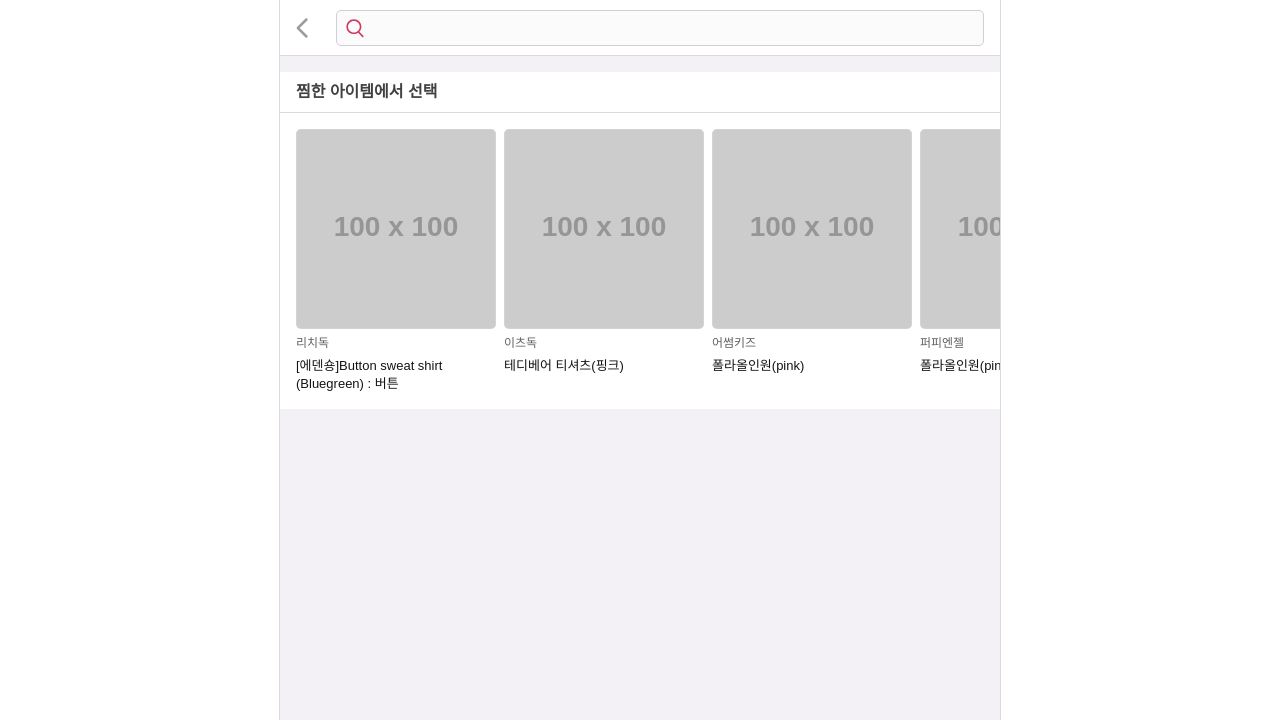
Repository: gosun1018/denguru
Page: search_review_item.html
The author's editor kept a copy of each file at every save. The page is drawn from the files as they stood at one save, then again after a run of saves.
The browser window is 1280 px wide. The pictures show the whole page.
Some web fonts or font styles are not loaded; a fallback is used. The style sheet was rebuilt from its Sass, Less or Tailwind sources for each picture, by a compiler version that may differ from the author's.

Above is the page before, as saved 2020-04-06 11:20:17.

### search_review_item.html
<!DOCTYPE html>
<html lang="ko">
<head>
    <meta charset="UTF-8">
    <meta name="viewport" content="width=device-width, initial-scale=1.0">
    <title>리뷰제품 선택</title>
    <link rel="stylesheet" href="https://unpkg.com/swiper/css/swiper.min.css">
    <link rel="stylesheet" href="css/main.css">
    <script src="https://unpkg.com/swiper/js/swiper.min.js"></script>
</head>
<body>
    <div class="wrap">
        <header class="header02">
            <h1 class="blind">리뷰제품 선택</h1>
            <a href="javascript:document.referrer? history.back() : location.href = 'home_review_write.html'" class="btn_goback"><img src="images/icon-goback.svg" alt="뒤로가기" class="icon"></a>
            <div class="h_search_box">
                <form action="">
                    <label for="inpSearch" class="lab_search"><img src="images/icon-search.svg" alt="검색" class="icon_search"></label>
                    <input type="search" name="inpSearch" class="inp_search" id="inpSearch">
                    <button type="button" class="btn_del btn_linkstyle blind" id="btnDel"><img src="images/icon-del.svg" alt="취소" class="icon"></button>
                </form>
            </div>
        </header>

        <div class="main">
            <div class="pd_header02"></div>
            <div class="search_review_item_container">
                <div class="title04">
                    <h2 class="tit">
                        찜한 아이템에서 선택
                    </h2>
                    <!-- <a href="home_review_item.html" class="btn btn_linkstyle">
                        <img src="images/icon-angle-right-gray.svg" alt="리뷰더보기" class="icon">
                    </a> -->
                </div>
                <div class="hash_list_container swiper-container">
                    <ul class="item_list04 swiper-wrapper">
                        <li class="item_box swiper-slide">
                            <a href="home_review_write.html">
                                <div class="item_thum"><img src="http://placehold.it/100x100" alt="#관절영양제" class="img"></div>
                                <div class="item_shop">리치독</div>
                                <div class="item_name">[에덴숑]Button sweat shirt (Bluegreen) : 버튼</div>
                            </a>
                        </li>
                        <li class="item_box swiper-slide">
                            <a href="home_review_write.html">
                                <div class="item_thum"><img src="http://placehold.it/100x100" alt="#하네스" class="img"></div>
                                <div class="item_shop">이츠독</div>
                                <div class="item_name">테디베어 티셔츠(핑크)</div>
                            </a>
                        </li>
                        <li class="item_box swiper-slide">
                            <a href="home_review_write.html">
                                <div class="item_thum"><img src="http://placehold.it/100x100" alt="#후리스맛집" class="img"></div>
                                <div class="item_shop">어썸키즈</div>
                                <div class="item_name">폴라올인원(pink)</div>
                            </a>
                        </li>
                        <li class="item_box swiper-slide">
                            <a href="home_review_write.html">
                                <div class="item_thum"><img src="http://placehold.it/100x100" alt="#관절영양제" class="img"></div>
                                <div class="item_shop">퍼피엔젤</div>
                                <div class="item_name">폴라올인원(pink)</div>
                            </a>
                        </li>
                        <li class="item_box swiper-slide">
                            <a href="home_review_write.html">
                                <div class="item_thum"><img src="http://placehold.it/100x100" alt="#하네스" class="img"></div>
                                <div class="item_shop">펫츠앤미</div>
                                <div class="item_name">견생방석 30% sale</div>
                            </a>
                        </li>
                        <li class="item_box swiper-slide">
                            <a href="home_review_write.html">
                                <div class="item_thum"><img src="http://placehold.it/100x100" alt="#후리스맛집" class="img"></div>
                                <div class="item_shop">더플래</div>
                                <div class="item_name">강아지 노즈워크 UFO볼 4colors</div>
                            </a>
                        </li>
                    </ul>
                </div>
            </div>
        </div>
    </div>

    <script>

         var swiper = new Swiper('.hash_list_container', {
            slidesPerView: 'auto',
            spaceBetween: 0,
        });

    </script>
</body>
</html>

### css/scss/main.scss
@charset "utf-8";

//utils
@import "utils/variables";
@import "utils/mixins";
@import "utils/animations";

// base
@import "base/reset";
@import "base/layout";
@import "base/typography";

//modules
@import "modules/swipercustom";
@import "modules/form";
@import "modules/button";
@import "modules/popup";
@import "modules/popover";
@import "modules/toast";
@import "modules/pagination";

//component
@import "component/header";
@import "component/navigation";
@import "component/itemlist";
@import "component/reviewlist";
@import "component/taglist";
@import "component/postlist";
@import "component/postcontent";

//pages
@import "pages/mainpg";
@import "pages/search";
@import "pages/resister-pet";
@import "pages/review";
@import "pages/home-item-info";
@import "pages/gostore";
@import "pages/store";
@import "pages/password-mail-complete";
@import "pages/my-main";
@import "pages/my-notification";
@import "pages/members";
@import "pages/withdrawal";
@import "pages/order-history";
@import "pages/mycomplain";
@import "pages/category-special";
@import "pages/pick";
@import "pages/personal-info";

### css/scss/utils/_mixins.scss
@mixin clearfix {
    &:after {
        content: '';
        display: block;
        clear: both;
    }
}

@mixin position-center($position) {
    position: $position;
    top: 50%;
    left: 50%;
    transform: translate(-50%, -50%);
}

@mixin one-line-ellipsis {
    white-space: nowrap;
    text-overflow: ellipsis;
    overflow: hidden;
}

@mixin multi-line-ellipsis ($line-height, $lines) {
    overflow: hidden;
    text-overflow: ellipsis;
    display: -webkit-box;
    -webkit-line-clamp: $lines;
    -webkit-box-orient: vertical;
    word-wrap: break-word;
    line-height: $line-height;
    height: $line-height * $lines * 1em;
}

@mixin circle ($box-size) {
    width: $box-size;
    height: $box-size;
    border-radius: $box-size / 2;
}

@mixin blind {
    position: absolute;
    overflow: hidden;
    clip: rect(0 0 0 0);
    margin: -1px;
    width: 1px;
    height: 1px;
}

@mixin layout-frame {
    width: 100%;
    max-width: 720px;
    min-width: 320px;
}

@mixin thumnail {
    position: relative;
    overflow: hidden;

    .img {
        position: absolute;
        top: 0;
        left: 0;
        width: 100%;
        height: 100%;
        object-fit: cover;
    }
}

@mixin thumnail-border($radius) {
    position: relative;

    &:after {
        content: '';
        position: absolute;
        top: 0;
        left: 0;
        width: 100%;
        height: 100%;
        box-sizing: border-box;
        border: 1px solid rgba($gray-2, 0.5);
        border-radius: $radius;
    }
}

@mixin btn-color-full($color) {
    background-color: $color;
    border: 1px solid $color;
}

### css/scss/utils/_animations.scss
@keyframes width-0-to-100 {
    from {
        width: 0;
    }

    to {
        width: 100%;
    }
}

### css/scss/base/_reset.scss
/* http://meyerweb.com/eric/tools/css/reset/
   v2.0 | 20110126
   License: none (public domain)
*/

html, body, div, span, applet, object, iframe, h1, h2, h3, h4, h5, h6, p, blockquote, pre, a, abbr, acronym, address, big, cite, code, del, dfn, em, img, ins, kbd, q, s, samp, small, strike, strong, sub, sup, tt, var, b, u, i, center, dl, dt, dd, ol, ul, li, fieldset, form, label, legend, table, caption, tbody, tfoot, thead, tr, th, td, article, aside, canvas, details, embed, figure, figcaption, footer, header, hgroup, menu, nav, output, ruby, section, summary, time, mark, audio, video {
    margin: 0;
    padding: 0;
    border: 0;
    font-size: 100%;
    font: inherit;
    vertical-align: baseline; }

  /* HTML5 display-role reset for older browsers */

  article, aside, details, figcaption, figure, footer, header, hgroup, menu, nav, section {
    display: block; }

  body {
    line-height: 1; }

  ol, ul {
    list-style: none; }

  blockquote, q {
    quotes: none; }

  blockquote {
    &:before, &:after {
      content: '';
      content: none; } }

  q {
    &:before, &:after {
      content: '';
      content: none; } }

  table {
    border-collapse: collapse;
    border-spacing: 0; }

  a {
    color: inherit;
    text-decoration: none;
  }
  :focus {
    outline-color: $main-color;
  }

### css/scss/modules/_swipercustom.scss
.swiper-pagination {

    .swiper-pagination-bullet {
        width: 8px;
        height: 8px;
    }
}
.swiper-container-horizontal>.swiper-pagination-bullets .swiper-pagination-bullet {
    margin: 0 $layout-small-padding;
}

.pagination_main {
    .swiper-pagination-bullet {
        background-color: #b8b3c3;
        opacity: 1;
    }
    .swiper-pagination-bullet-active {
        background-color: $main-color;
    }
}
.pagination_white {
    .swiper-pagination-bullet {
        background-color: #b8b3c3;
        opacity: 1;
    }
    .swiper-pagination-bullet-active {
        background-color: $gray-0;
    }
}
.swiper-pagination {font-size: 0;}

.items_wrap.swiper-container {
    padding: 0 $layout-base-padding 10px;
}

### css/scss/modules/_popover.scss
.popover_container {
    position: relative;
}
.popover {
    display: none;
    position: absolute;
    padding: 8px;
    border-radius: $base-border-radius;
    word-break: keep-all;
    font-size: $base-font-size;
    line-height: $base-line-height;
    box-shadow: 0 1px 4px rgba(0,0,0,0.15);

    &:before {
        content: '';
        position: absolute;
        display: block;
        width: 12px;
        height: 12px;
        // border: 5px solid transparent;
        background-repeat: no-repeat;
        background-size: contain;
        background-position: center bottom;
    }
    &.show {
        display: block;
    }
}
.popover_main {
    background-color: #ebe3ff;
    color: $base-font-color;
    border: 1px solid #cac2de;

    &.popover_right_top:before {
        background-image: url(/images/popover-triangle-main.png);
    }
}
.popover_right_top{
    top: calc(100% + 6px);
    right: -5px;

    &:before {
        top: -12px;
        right: 5px;
    }
}

### css/scss/modules/_toast.scss
.toast_box {
    position: fixed;
    bottom: $gnb-bottom-height;
    left: $layout-base-padding;
    right: $layout-base-padding;
    display: flex;
    justify-content: center;
    align-items: center;
    padding: $layout-small-padding;
    min-height: 48px;
    box-sizing: border-box;
    background-color: rgba(0,0,0,0.85);
    color: #fff;
    font-size: $base-font-size;
    line-height: $base-line-height;
    text-align: center;
    word-break: keep-all;
    border-radius: $large-border-radius;
    overflow: hidden;
    visibility: hidden;
    opacity: 0;
    transition: opacity .5s, visibility .5s, transform .5s;
    z-index: 900;

    &.show {
        opacity: 1;
        visibility: visible;
        transform: translate(0, $layout-small-padding*-1);
    }
}

### css/scss/modules/_pagination.scss
.pagination01 {
    display: flex;
    justify-content: center;

    .page {
        height: 24px;
        min-width: 24px;
        padding: 0 3px;
        box-sizing: border-box;
        border-radius: 12px;
        margin: 0 4px;
        text-align: center;
        font-size: $base-font-size;
        line-height: 24px;
        color: $light-font-color;

        &.active {
            background-color: $main-color;
            color: $gray-0;
            font-weight: 900;
        }
        &.disabled {
            opacity: .5;
        }
    }
    .page_link {
        display: block;
        width: 100%;
        height: 100%;

        .icon {
            padding-top: 3px;
            // height: 100%;
            object-fit: contain;
        }
    }
}

### css/scss/component/_taglist.scss
.tag_list01 {

    .tag_item {
        width: fit-content;
        float: left;

        .btn {
            margin: 0 4px;
        }
        &:first-child .btn {
            margin-left: $layout-base-padding;
        }
        &:last-child .btn {
            margin-right: $layout-base-padding;
        }

        &.active .btn {
            font-weight: bold;
            background-color: $secondary-color;
            border-color: $secondary-color;
        }
    }
}

### css/scss/component/_postlist.scss
.post_list_wrap {
    flex: 1;
    padding: $layout-small-padding 0 $layout-base-padding;
    background-color: $gray-0;

    .pagination01 {
        margin-top: $layout-base-padding * 2;
    }
}

.post_list01 {
    padding: 0 $layout-base-padding;

    .post_item {
        padding: $layout-base-padding 0;
        border-bottom: $light-border;
    }
    .post_date {
        margin-bottom: $layout-small-padding;
        font-size: $small-font-size;
        color: $light-font-color;
    }
    .post_title {
        font-size: $base-font-size;
        color: $bold-font-color;
        @include multi-line-ellipsis($base-line-height,2);
        height: auto;
        max-height: $base-line-height * 2em;

        .icon_new {
            height: 1em;
            vertical-align: middle;
        }
    }
}

### css/scss/pages/_gostore.scss
.h_load_bar_box {
    display: none;
    width: 100%;
    height: 4px;
    background-color: $bg-gray-color;
    overflow: hidden;

    &.show {
        display: block;
    }

    .h_load_bar {
        width: 0;
        height: 100%;
        background-color: $main-color;
        border-radius: 0 2px 2px 0;
        animation: ease-in-out 5s forwards width-0-to-100;
    }
}

.load_gostore_container {
    display: none;
    flex: 1;
    box-sizing: border-box;
    flex-direction: column;
    background-color: $gray-0;

    &.show {
        display: flex;
    }

    .load_img_container {
        display: flex;
        flex: 7;
        justify-content: center;
        align-items: center;
    }
    .load_img_box {
        width: 140px;
        margin: 0 auto 22px;
    }
    .load_txt_box {
        text-align: center;

        .txt01 {
            font-size: 20px;
            color: $base-font-color;
            font-weight: 900;
        }
        .txt02 {
            margin-top: $layout-small-padding;
            font-size: $large-font-size;
            color: $base-font-color;
        }
        .emph {
            color: $main-font-color;
        }
    }
    .load_notice_container {
        display: flex;
        justify-content: center;
        align-items: center;
        flex: 3;
        background-color: $gray-1;
        text-align: center;
        font-size: $small-font-size;
        line-height: $base-line-height;
        color: $light-font-color;
    }
}
.page_store {
    display: none;
    flex: 1;
    overflow-y: auto;
    overflow-x: hidden;

    &.show {
        display: block;
    }
}

### css/scss/pages/_password-mail-complete.scss
.mail_complete_container {
    height: 100vh;
    display: flex;
    flex-direction: column;
    justify-content: center;
    align-items: center;
    background-color: $gray-0;

    .img_motion_box {
        width: 140px;
        margin: 0 auto;

        .img {
            width: 100%;
        }
    }
    .mail_complete_txt01 {
        margin-top: $layout-large-padding;
        text-align: center;
        font-size: 20px;
        line-height: $narrow-line-height;
        font-weight: 900;

        .emph {
            color: #8054ea;
        }
    }
    .mail_complete_txt02 {
        margin-top: 12px;
        text-align: center;
        font-size: $base-font-size;
        line-height: $base-line-height;
        color: $base-font-color;
    }
    .btn_box {
        margin-top: 60px;
        justify-content: center;
    }
    .btn_mail_success {
        width: 90px;
        height: 40px;
        font-size: $large-font-size;
        line-height: 40px;
    }
}

### css/scss/pages/_my-notification.scss
.notification_list_container {
    background-color: $gray-0;

    .notification_box {
        position: relative;
        padding: $layout-large-padding $layout-base-padding;

        &:not(:first-child):before {
            content: '';
            display: block;
            position: absolute;
            top: 0;
            left: $layout-base-padding;
            right: $layout-base-padding;
            height: 1px;
            background-color: $gray-1;
        }
    }
    .notification_new {
        background-color: $bg-gray-color;
    }
    .notification_link {
        display: flex;
    }
    .icon_box {
        flex-shrink: 0;
        width: 24px;
        height: 24px;
        margin-right: $layout-base-padding;
    }
    .notification_content {
        flex: 1;
    }
    .notification_title {
        font-size: $base-font-size;
        color: $bold-font-color;
        line-height: $base-line-height;
    }
    .notification_date {
        margin-top: 4px;
        font-size: $small-font-size;
        color: $light-font-color;
    }
    .notification_img {
        margin-top: $layout-base-padding;
    }
}

### css/scss/pages/_withdrawal.scss
.withdrawal_title_container {
    padding: $layout-base-padding*2 $layout-base-padding;
    background-color: $gray-0;

    .img_box {
        height: 64px;

        .img {
            height: 100%;
            object-fit: contain;
        }
    }
    .withdrawal_title {
        margin-top: $layout-base-padding;
        font-size: $title-font-size;
        font-weight: bold;
        color: $bold-font-color;
    }
}
.withdrawal_info_container {
    padding: $layout-large-padding 0;

    .withdrawal_item_num {
        font-weight: bold;
        color: $main-font-color;
    }
    .title07 {
        margin: 0 $layout-base-padding;
    }
}
.withdrawal_item_box {
    margin-bottom: $layout-large-padding;

    .withdrawal_item_list_container {
        margin-top: $layout-small-padding;
    }
    .thumb_box {
        width: 56px;
        height: 56px;
        overflow: hidden;
        border-radius: $base-border-radius;
        @include thumnail;
    }
    .withdrawal_item_bnr {
        margin: $layout-base-padding $layout-base-padding 0;
    }
}
.withdrawal_notice_box {
    padding: 0 $layout-base-padding;

    .withdrawal_notice {
        margin-top: $layout-small-padding;
        font-size: $small-font-size;
        color: $base-font-color;
        line-height: $base-line-height;
    }
}
.withdrawal_btn_container {
    flex: 1;
    padding: $layout-large-padding $layout-base-padding;
    background-color: $gray-0;

    .btn_box {
        margin-top: $layout-large-padding;
    }
}

### css/scss/pages/_category-special.scss
.category_wrap {
    background-color: $gray-0;

    .title08 {
        padding: $layout-large-padding $layout-base-padding 0;
    }
}

.special_wrap {
    margin-top: $layout-small-padding;
    padding-bottom: $layout-large-padding;
    flex: 1;
    background-color: $gray-0;

    .title08 {
        padding: $layout-large-padding $layout-base-padding 0;
    }
    .store_list_hash {
        padding-bottom: 0;
    }
    .banner_list {
        padding: 0 $layout-base-padding;
    }
    .banner_box{
        border-radius: $base-border-radius;
        overflow: hidden;

        &:not(:last-child) {
            margin-bottom: $layout-base-padding;
        }
    }
}
.special_item_list_container {

    .title09 {
        padding: 0 $layout-base-padding;
        margin-bottom: $layout-base-padding;
    }
}
.event_post_content_wrap {
    padding-top: $layout-large-padding;
    background-color: $gray-0;

    .title06 {
        margin: 0 $layout-base-padding $layout-base-padding;
    }
}

### css/scss/pages/_personal-info.scss
.recommand_password_container {
    flex: 1;
    display: flex;
    flex-direction: column;
    justify-content: center;
    // align-items: center;
    background-color: $gray-0;
    padding: 48px 0;
}
.recommand_password_title_box {
    margin-bottom: $layout-large-padding;
    font-size: $title-font-size;
    font-weight: bold;
    color: $bold-font-color;
    line-height: $narrow-line-height;
}
.recommand_password_img_box {
    margin: 0 auto $layout-base-padding;
    height: 96px;
    text-align: center;

    .img {
        height: 100%;
    }
}
.recommand_password_txt_box {
    padding: 0 $layout-base-padding;
    margin-bottom: $layout-large-padding;
    font-size: $base-font-size;
    color: $base-font-color;
    line-height: $base-line-height;
}
.change_password_form_container {
    padding: 0 $layout-base-padding*2;

    .btn {
        font-size: $base-font-size;
        height: 40px;
        line-height: 38px;
    }
    .inp_box04 {
        margin-bottom: $layout-base-padding;
    }
    .inp_txt::placeholder {
        font-size: 12px;
    }
    @media screen and (max-width: 359px) {
        padding: 0 $layout-base-padding;
    }
}

Loaded but not shown: css/scss/component/_reviewlist.scss (493 lines, source omitted); css/scss/modules/_form.scss (459 lines, source omitted); css/scss/pages/_search.scss (451 lines, source omitted); css/scss/component/_header.scss (459 lines, source omitted); css/scss/pages/_review.scss (407 lines, source omitted); css/scss/component/_itemlist.scss (341 lines, source omitted); css/scss/pages/_my-main.scss (264 lines, source omitted); css/scss/pages/_store.scss (238 lines, source omitted); css/scss/modules/_popup.scss (241 lines, source omitted); css/scss/pages/_home-item-info.scss (180 lines, source omitted); css/scss/pages/_order-history.scss (188 lines, source omitted); css/scss/component/_navigation.scss (177 lines, source omitted); css/scss/pages/_members.scss (167 lines, source omitted); css/scss/pages/_resister-pet.scss (162 lines, source omitted); css/scss/modules/_button.scss (181 lines, source omitted); css/scss/component/_postcontent.scss (143 lines, source omitted); css/scss/pages/_mycomplain.scss (126 lines, source omitted); css/scss/pages/_mainpg.scss (130 lines, source omitted); css/scss/base/_typography.scss (112 lines, source omitted); css/scss/base/_layout.scss (118 lines, source omitted); css/scss/utils/_variables.scss (81 lines, source omitted); css/scss/pages/_pick.scss (88 lines, source omitted)

After the next 2 saves:
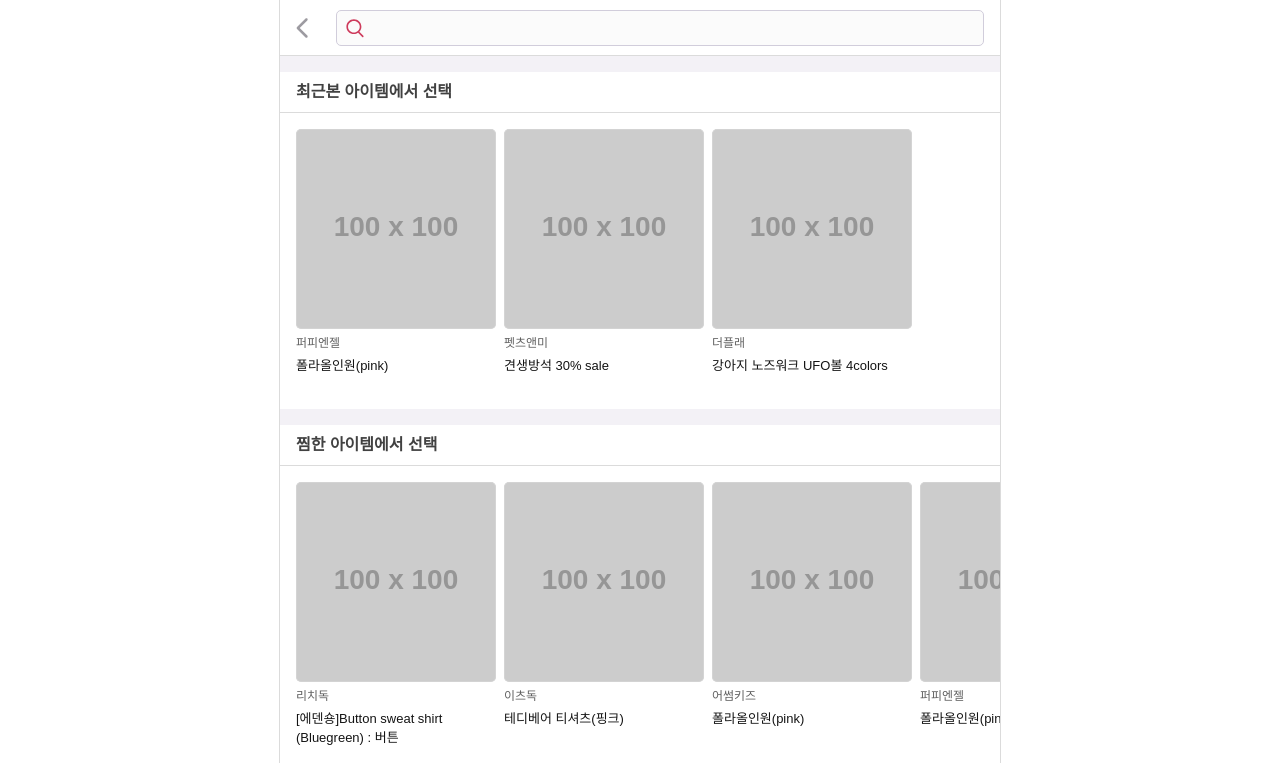
The 2 saves are shown as one change because they came seconds apart.
The last was saved 63 s later.
--- a/search_review_item.html
+++ b/search_review_item.html
@@ -24,6 +24,41 @@
 
         <div class="main">
             <div class="pd_header02"></div>
+            <div class="search_review_item_container">
+                <div class="title04">
+                    <h2 class="tit">
+                        최근본 아이템에서 선택
+                    </h2>
+                    <!-- <a href="home_review_item.html" class="btn btn_linkstyle">
+                        <img src="images/icon-angle-right-gray.svg" alt="리뷰더보기" class="icon">
+                    </a> -->
+                </div>
+                <div class="hash_list_container swiper-container">
+                    <ul class="item_list04 swiper-wrapper">
+                        <li class="item_box swiper-slide">
+                            <a href="home_review_write.html">
+                                <div class="item_thum"><img src="http://placehold.it/100x100" alt="#관절영양제" class="img"></div>
+                                <div class="item_shop">퍼피엔젤</div>
+                                <div class="item_name">폴라올인원(pink)</div>
+                            </a>
+                        </li>
+                        <li class="item_box swiper-slide">
+                            <a href="home_review_write.html">
+                                <div class="item_thum"><img src="http://placehold.it/100x100" alt="#하네스" class="img"></div>
+                                <div class="item_shop">펫츠앤미</div>
+                                <div class="item_name">견생방석 30% sale</div>
+                            </a>
+                        </li>
+                        <li class="item_box swiper-slide">
+                            <a href="home_review_write.html">
+                                <div class="item_thum"><img src="http://placehold.it/100x100" alt="#후리스맛집" class="img"></div>
+                                <div class="item_shop">더플래</div>
+                                <div class="item_name">강아지 노즈워크 UFO볼 4colors</div>
+                            </a>
+                        </li>
+                    </ul>
+                </div>
+            </div>
             <div class="search_review_item_container">
                 <div class="title04">
                     <h2 class="tit">
